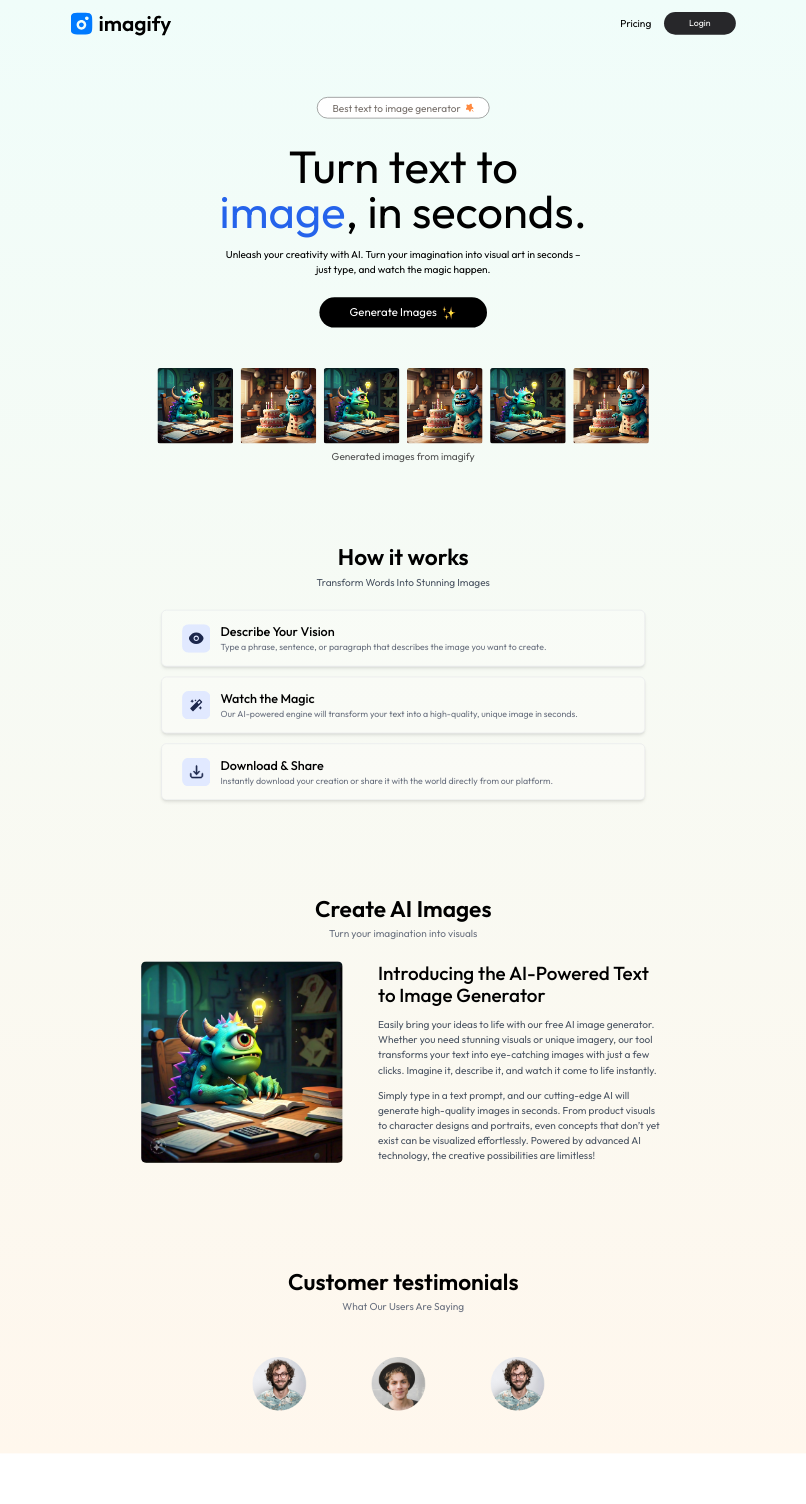
Repository: Abrammse/Abraify
Page: /
An editor plug-in stored every save of this project. The page is shown before and after a run of saves, followed by the edit.
The browser window is 1280 px wide. The pictures show the whole page, at 63% of full size.
The project was rebuilt for these pictures with package versions that can differ from the ones it lists, and the page was loaded fresh each time. Also part of the build but not shown: vite.config.js, src/pages/Buycredit.jsx.

Above is the page before, as saved 2024-11-25 11:58:17.

After the next 4 saves:
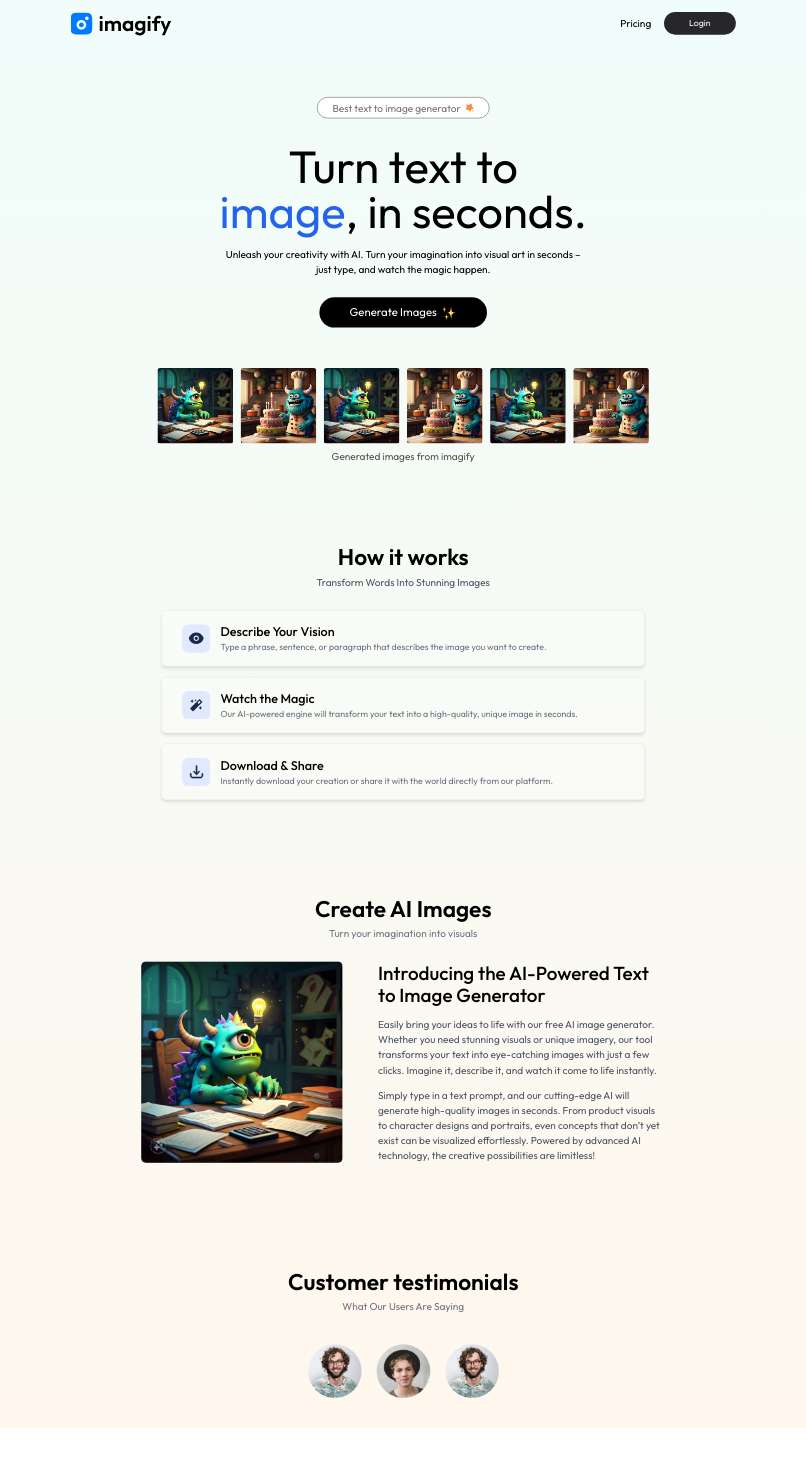
The 4 saves are shown as one change because they came seconds apart.
The last was saved 11 s later.
--- a/src/components/testimonials.jsx
+++ b/src/components/testimonials.jsx
@@ -9,7 +9,7 @@ const Testimonials = () => {
 
             <div className='flex flex-wrap gap-6 '>
         {testimonialsData.map((item,index)=>(
-            <div key={index}  className='flex items-center gap-4 px-8 p-5 bg-w ' >
+            <div key={index}  className='rounded-full ' >
                 <img src={item.image} alt="" />
             <div>
                 <h2 className='text-xl  font-medium' > {item.title}</h2>
